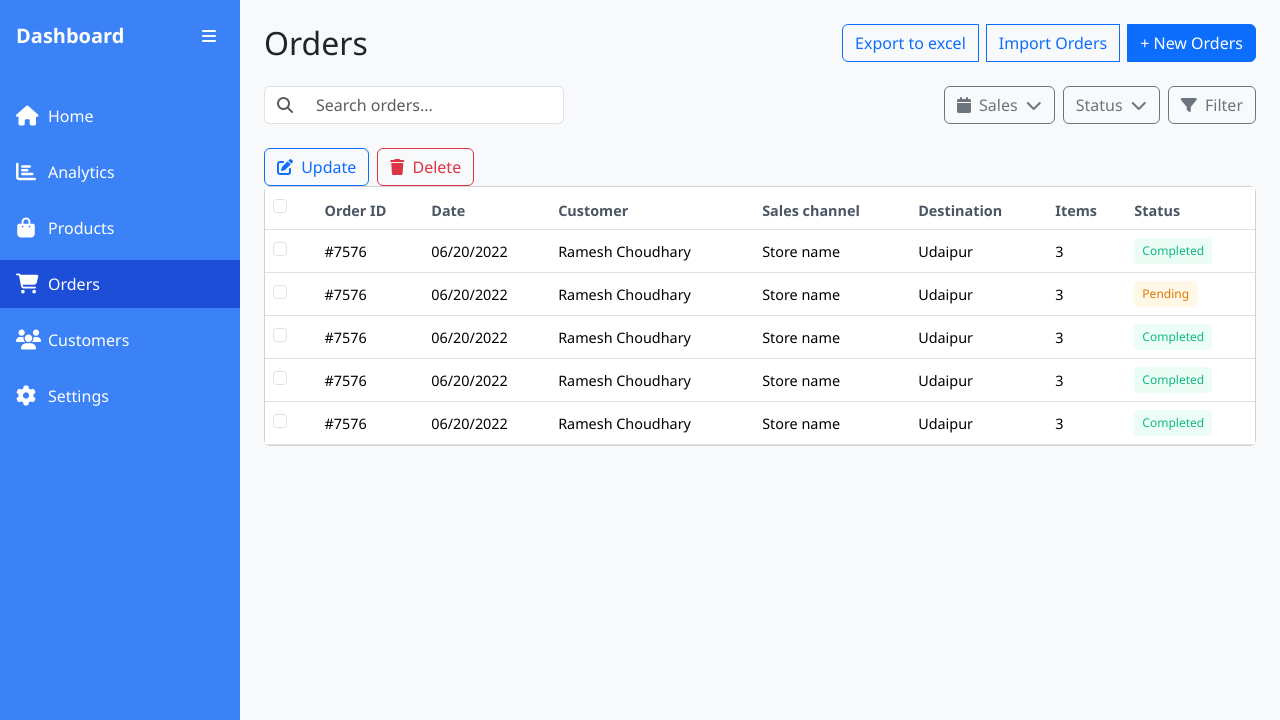
Repository: AditiAjitSalvi/Inventory_Managment
Page: Inventory_Managment_System/Inventory/src/main/webapp/Order.html
An editor plug-in stored every save of this project. The page is shown before and after the next save, followed by the edit.
The browser window is 1280 px wide. The pictures show the whole page.

Above is the page before, as saved 2025-05-22 16:03:56.
Console error: TypeError: Cannot read properties of null (reading 'getContext')

After the next save:
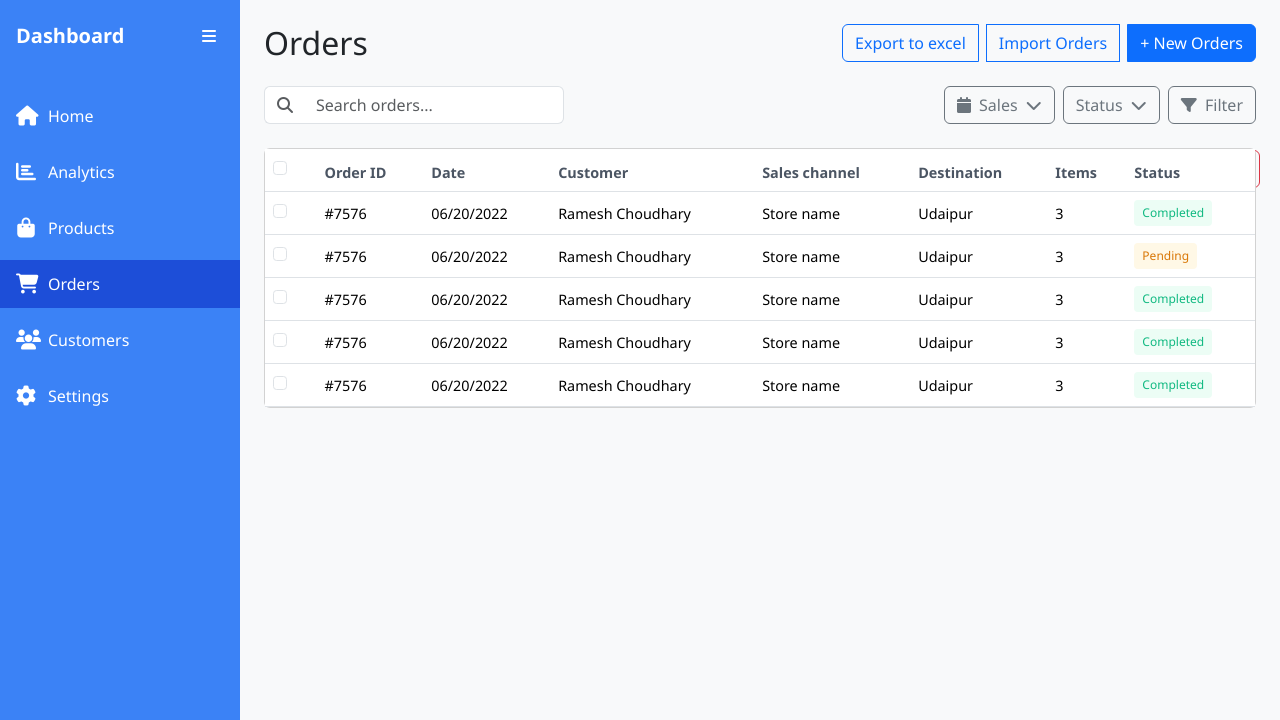
Saved 47 s later.
--- a/Inventory_Managment_System/Inventory/src/main/webapp/Order.html
+++ b/Inventory_Managment_System/Inventory/src/main/webapp/Order.html
@@ -230,11 +230,7 @@
 	}
 }
 .action-buttons {
-    position: absolute;
-    right: 20px;
-    top: 150px; /* Adjust this if needed */
-    display: flex;
-    gap: 10px;
+    position: absolute; right: 20px;    top: 150px; display: flex;    gap: 10px;
 }
 @media ( max-width : 992px) {
 	.orders-container .d-flex {
@@ -315,7 +311,7 @@
 						</button>
 					</div>
 				</div>
-				<div class="d-flex" style="right: 20px;">
+				<div class="d-flex" style="position: absolute; right: 20px;    top: 150px; display: flex;    gap: 10px;">
 					<button class="btn btn-outline-primary me-2">
 						<i class="fa fa-edit me-1"></i> <span>Update</span>
 					</button>

After the save that followed:
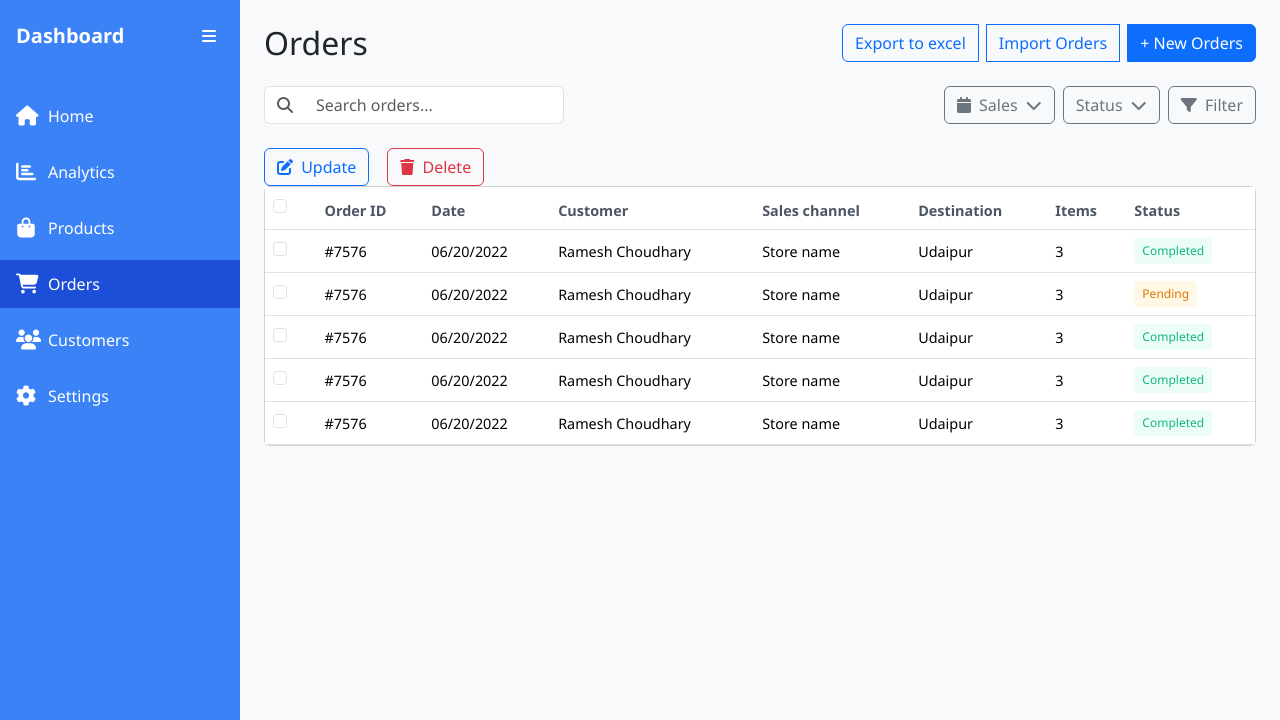
Saved 14 s later.
--- a/Inventory_Managment_System/Inventory/src/main/webapp/Order.html
+++ b/Inventory_Managment_System/Inventory/src/main/webapp/Order.html
@@ -311,7 +311,7 @@
 						</button>
 					</div>
 				</div>
-				<div class="d-flex" style="position: absolute; right: 20px;    top: 150px; display: flex;    gap: 10px;">
+				<div class="d-flex" style=" right: 20px;    top: 150px; display: flex;    gap: 10px;">
 					<button class="btn btn-outline-primary me-2">
 						<i class="fa fa-edit me-1"></i> <span>Update</span>
 					</button>
